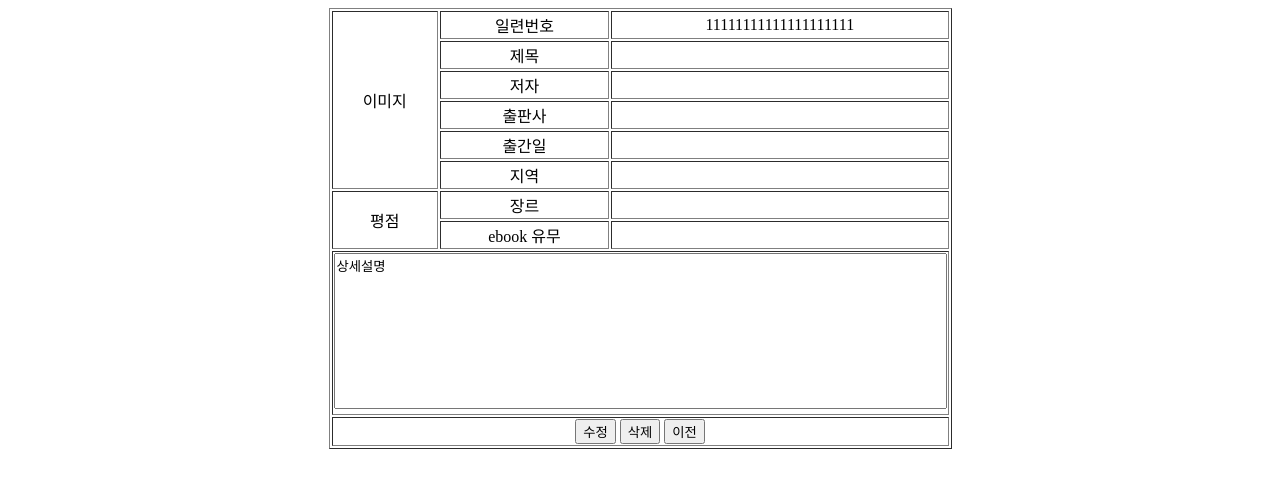
Repository: Served01/Project2_2209
Page: http://localhost/bookReviewProgram/bkListPro.jsp
The author's editor kept a copy of each file at every save. The page is drawn from the files as they stood at one save, then again after the next save.
The browser window is 1280 px wide. The pictures show the whole page.
The page is served by Tomcat 9. Other server files are loaded and not shown.

Above is the page before, as saved 2022-09-24 07:08:14.

### bookReviewProgram/src/main/webapp/bkListPro.jsp
<%@ page language="java" contentType="text/html; charset=UTF-8"
    pageEncoding="UTF-8"%>
<%request.setCharacterEncoding("UTF-8");%>
<!DOCTYPE html>
<html>
<head>
<meta charset="UTF-8">
<title>책 상세 정보 조회 화면</title>
</head>
<style>
table{
margin: auto;
}
</style>
<body>
<%

%>
<table border="1">
	<tr align = "center">
		<td rowspan="6">이미지</td>
		<td>일련번호</td>
		<td>11111111111111111111</td>
	</tr>
	<tr align = "center">
		<!-- <td> rowspan=6 -->
		<td>제목</td>
		<td></td>
	</tr>
	<tr align = "center">
		<!-- <td> rowspan=6 -->
		<td>저자</td>
		<td></td>
	</tr>
	<tr align = "center">
		<!-- <td> rowspan=6 -->
		<td>출판사</td>
		<td></td>
	</tr>
	<tr align = "center">
		<!-- <td> rowspan=6 -->
		<td>출간일</td>
		<td></td>
	</tr>
	<tr align = "center">
		<!-- <td> rowspan=6 -->
		<td>지역</td>
		<td></td>
	</tr>
	<tr align="center">
		<td rowspan="2">평점</td>
		<td>장르</td>
		<td></td>
	</tr>
	<tr align="center">
		<!-- <td> rowspan=2 -->
		<td>ebook 유무</td>
		<td></td>
	</tr>
	<!-- 작성일 sysdate 처리 -->
	<tr align="center">
		<td colspan="3">
			<textarea rows="10" cols="74" name="bk_detail" style ="resize:none">상세설명</textarea></td>
	</tr>
	<tr align="center">
		<td colspan="3">
			<button type="button">수정</button>
			<button type="button">삭제</button>
			<button type="button">이전</button>
	</tr>

</table>
</body>
</html>

After the next save:
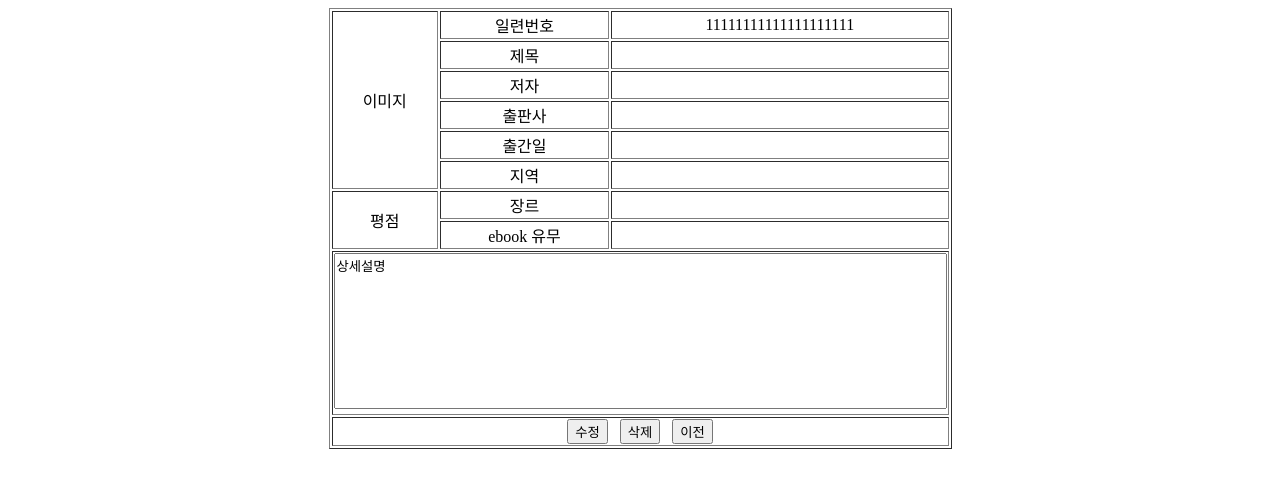
Saved 45 s later.
--- a/bookReviewProgram/src/main/webapp/bkListPro.jsp
+++ b/bookReviewProgram/src/main/webapp/bkListPro.jsp
@@ -64,8 +64,8 @@ margin: auto;
 	</tr>
 	<tr align="center">
 		<td colspan="3">
-			<button type="button">수정</button>
-			<button type="button">삭제</button>
+			<button type="button">수정</button>&nbsp;&nbsp;
+			<button type="button">삭제</button>&nbsp;&nbsp;
 			<button type="button">이전</button>
 	</tr>
 
